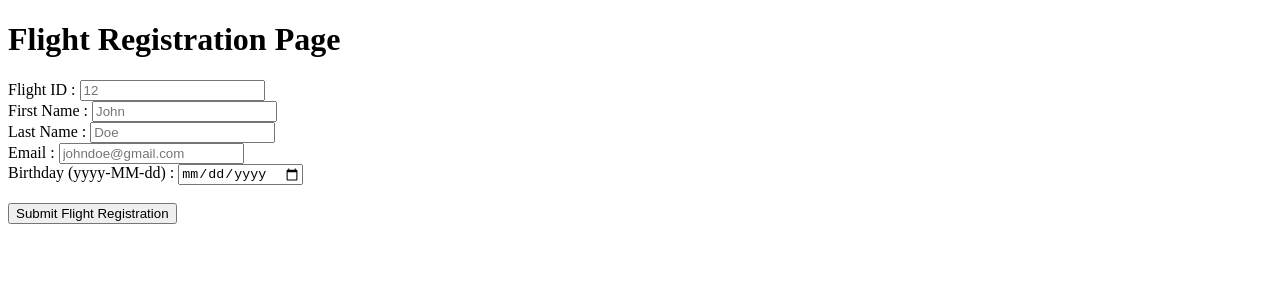
Repository: tuskhillare/FlyAway-1.0-
Page: http://localhost/FlyAway/Registration.jsp
An editor plug-in stored every save of this project. The page is shown before and after the next save, followed by the edit.
The browser window is 1280 px wide. The pictures show the whole page.
The page is served by Tomcat 9.

Above is the page before, as saved 2021-09-29 08:23:04.

After the next save:
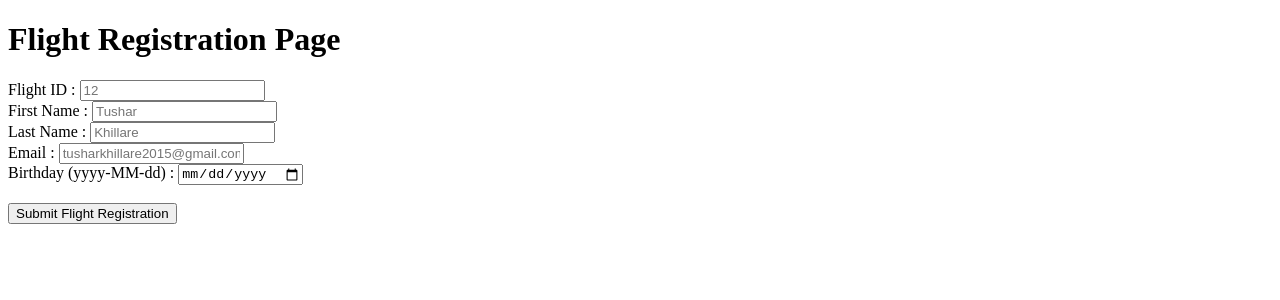
Saved 6 min 22 s later.
--- a/Source Code/FlyAway/src/main/webapp/Registration.jsp
+++ b/Source Code/FlyAway/src/main/webapp/Registration.jsp
@@ -8,10 +8,10 @@
 	<h1>Flight Registration Page</h1>
 	<form name="flightRegistraton" method="POST" action="registeration">
 		Flight ID : <input type="number" name="flightid" placeholder="12" required> <br/>
-		First Name : <input type="text" name="firstname" placeholder="John" required> <br/>
-		Last Name : <input type="text" name="lastname" placeholder="Doe" required> <br/>
-		Email : <input type="email" name="email" placeholder="johndoe@gmail.com" required> <br/>
-		Birthday (yyyy-MM-dd) : <input type="date" name="birthday" placeholder="1990-04-02" required> <br/>
+		First Name : <input type="text" name="firstname" placeholder="Tushar" required> <br/>
+		Last Name : <input type="text" name="lastname" placeholder="Khillare" required> <br/>
+		Email : <input type="email" name="email" placeholder="tusharkhillare2015@gmail.com" required> <br/>
+		Birthday (yyyy-MM-dd) : <input type="date" name="birthday" placeholder="1999-10-07" required> <br/>
 		<br/>
 		<input type="submit" value="Submit Flight Registration">
 	</form>
